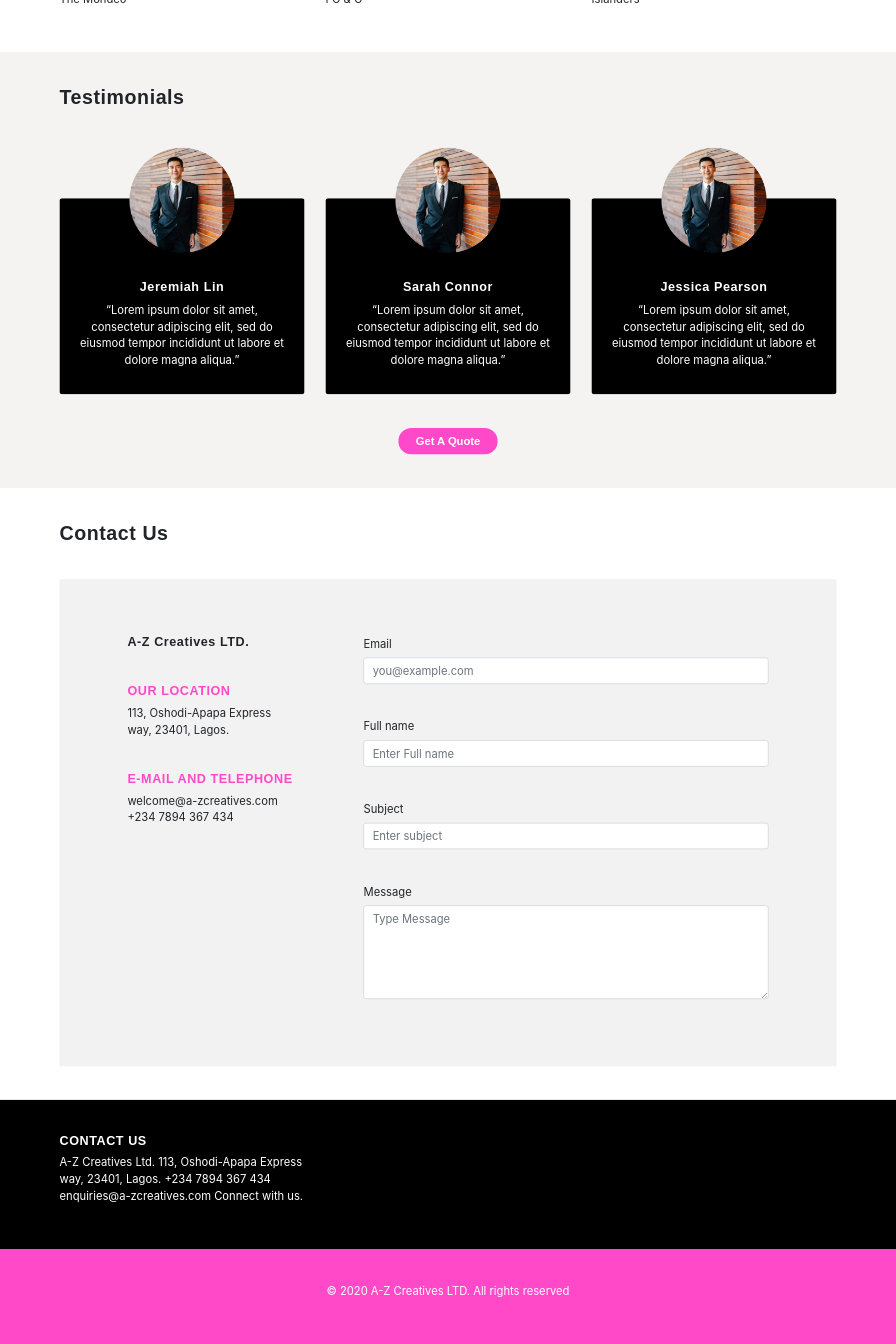
Repository: Syfon01/hng-port
Page: index.html
An editor plug-in stored every save of this project. The page is shown before and after the next save, followed by the edit.
The browser window is 1280 px wide. The pictures show the part of the page from y = 3186 to 5106 px (the page is 5106 px tall), at 70% of full size.
Some web fonts or font styles are not loaded; a fallback is used.

Above is the page before, as saved 2020-06-28 20:11:52.

After the next save:
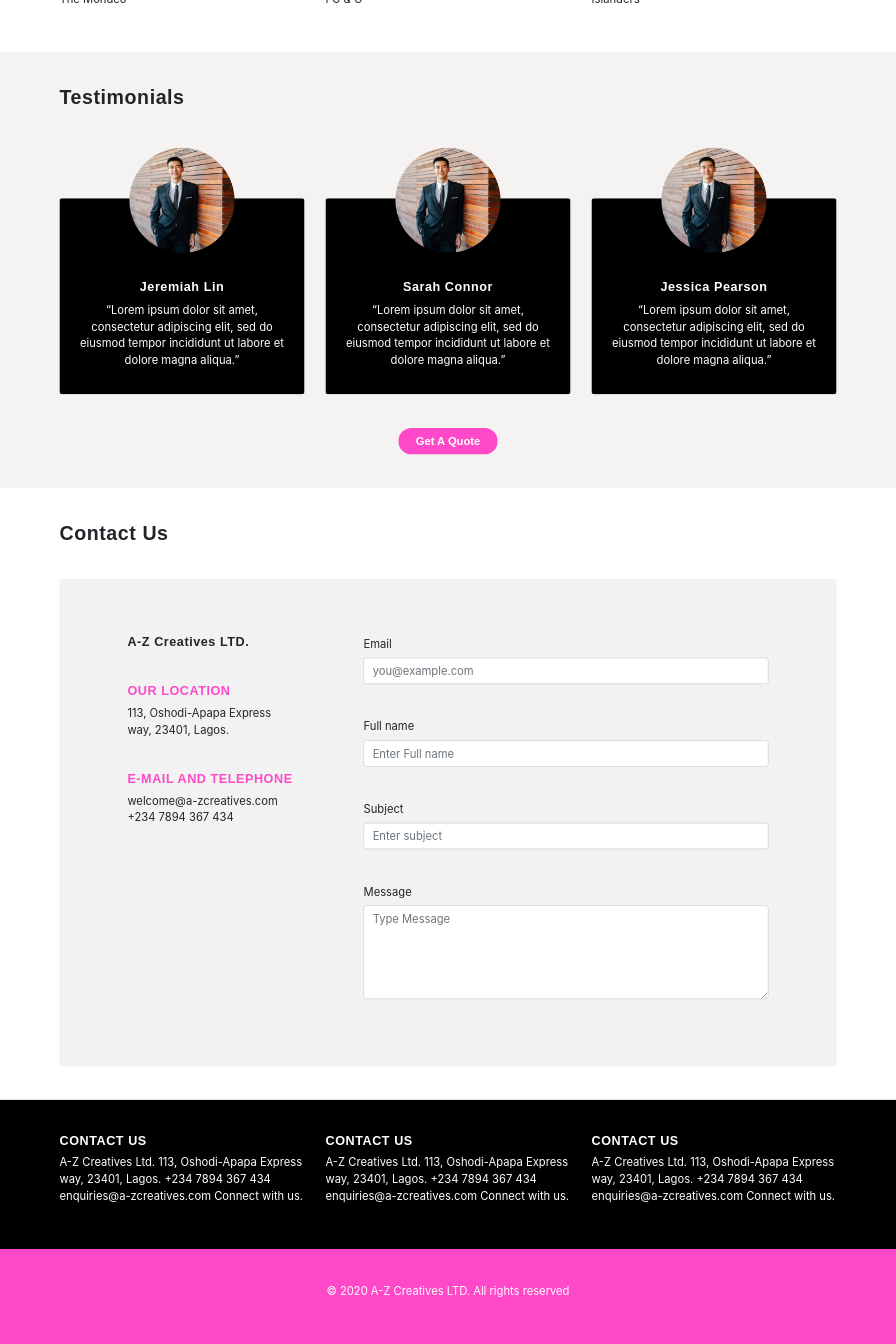
Saved 6 s later.
--- a/index.html
+++ b/index.html
@@ -523,6 +523,28 @@
                 Connect with us.
               </p>
             </div>
+            <div class="col-md-4 col-lg-4 col-12">
+              <h5>CONTACT US</h5>
+              <p>
+                A-Z Creatives Ltd.
+                113, Oshodi-Apapa Express way, 23401, Lagos.
+                +234 7894 367 434
+                enquiries@a-zcreatives.com
+
+                Connect with us.
+              </p>
+            </div>
+            <div class="col-md-4 col-lg-4 col-12">
+              <h5>CONTACT US</h5>
+              <p>
+                A-Z Creatives Ltd.
+                113, Oshodi-Apapa Express way, 23401, Lagos.
+                +234 7894 367 434
+                enquiries@a-zcreatives.com
+
+                Connect with us.
+              </p>
+            </div>
           </div>
 
         </div>
